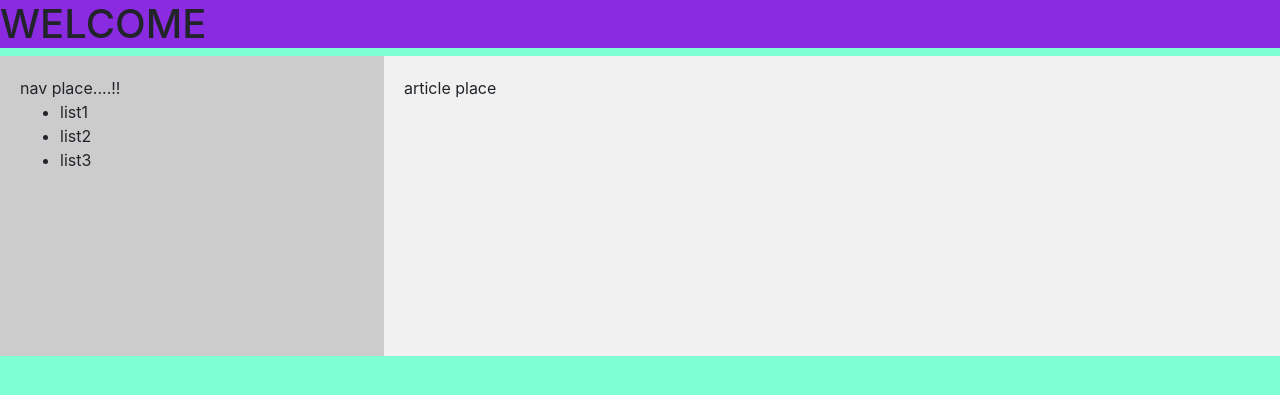
Repository: idrice24/IDRICE24-DASHBOARD
Page: html/header.html
The author's editor kept a copy of each file at every save. The page is drawn from the files as they stood at one save, then again after the next save.
The browser window is 1280 px wide. The pictures show the whole page.

Above is the page before, as saved 2020-09-03 22:55:22.

After the next save:
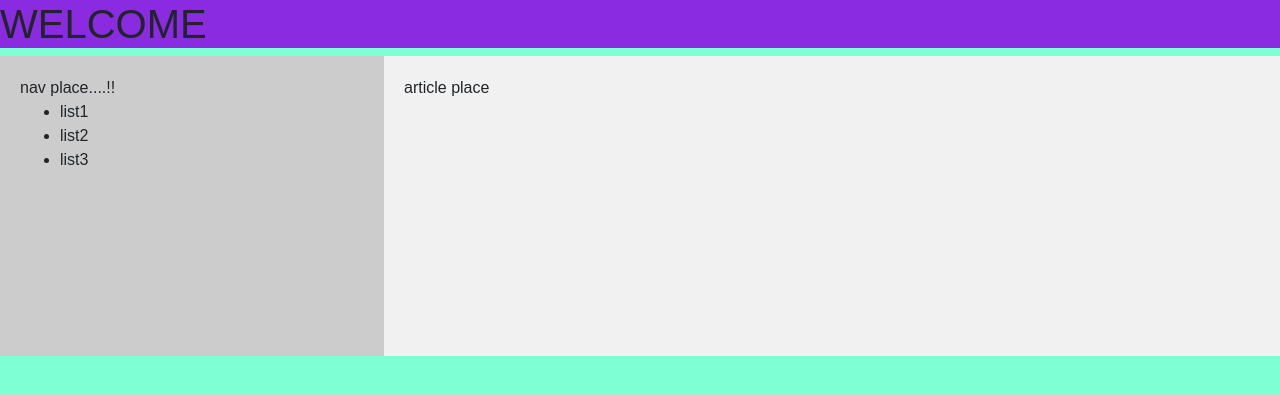
Saved 67 s later.
--- a/vendor/idrice24folder/idrice24.css
+++ b/vendor/idrice24folder/idrice24.css
@@ -1,5 +1,13 @@
 body {
     background-color: aquamarine;
+}
+
+* {
+    box-sizing: border-box;
+}
+
+body {
+    font-family: Arial, Helvetica, sans-serif;
 }
 
 h1,
